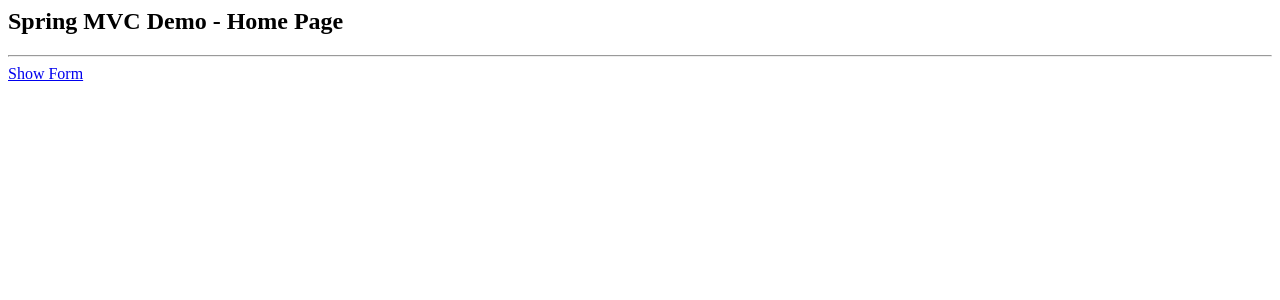
Repository: dunky-star/Java-Developer-Full-Stack
Page: http://localhost/spring-mvc-web/
The author's editor kept a copy of each file at every save. The page is drawn from the files as they stood at one save, then again after the next save.
The browser window is 1280 px wide. The pictures show the whole page.
The page is served by Tomcat 9.

Above is the page before, as saved 2022-09-29 16:40:43.

After the next save:
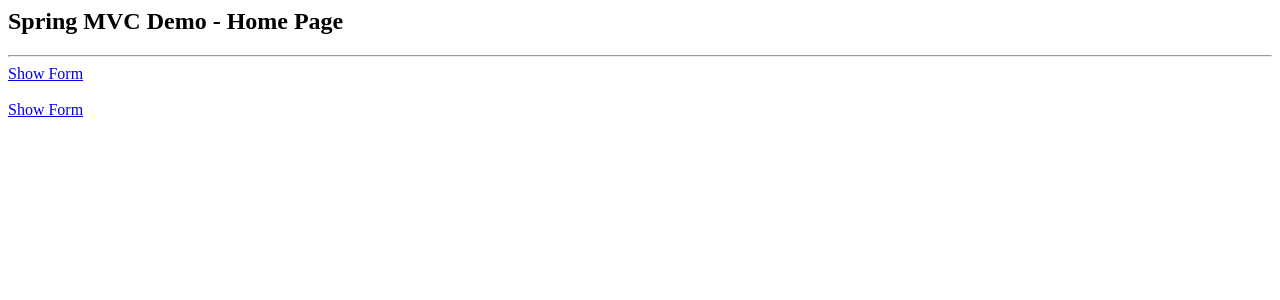
Saved 14 min 55 s later.
--- a/Spring-MVC-Spring-Boot/spring-mvc-web/WebContent/WEB-INF/view/main-menu.jsp
+++ b/Spring-MVC-Spring-Boot/spring-mvc-web/WebContent/WEB-INF/view/main-menu.jsp
@@ -8,6 +8,8 @@
 <hr>
 
 <a href="hello/showForm">Show Form</a>
+<br><br>
+<a href="student/showForm">Show Form</a>
 </body>
 
 </html>
